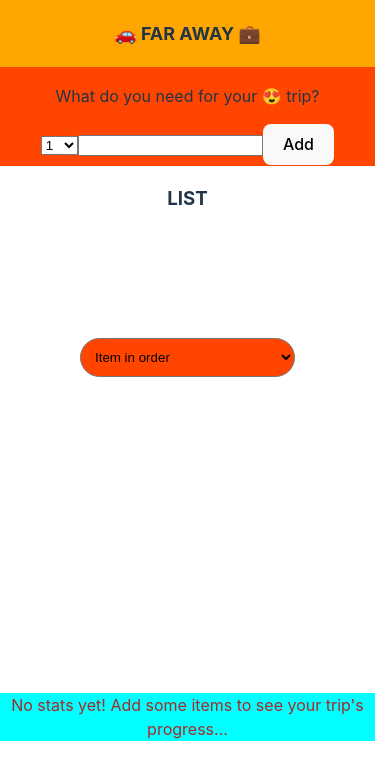
Repository: Celebration-cloud/Trip-Add-To-List
Page: /
These files come from the project's save history. The page is drawn as it stood at one moment and after the next save; the edit follows.
The browser window is 375 px wide. The pictures show the whole page.
The project was rebuilt for these pictures with package versions that can differ from the ones it lists, and the page was loaded fresh each time. Also part of the build but not shown: vite.config.js.

Above is the page before, as saved 2023-10-29 17:20:07.

After the next save:
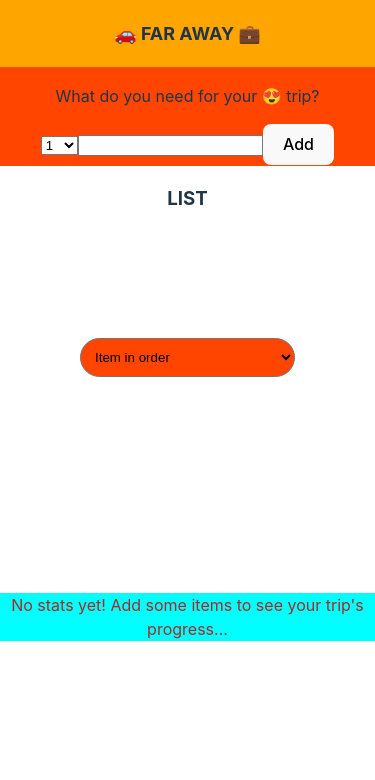
Saved 110 s later.
--- a/src/Trip-List/TripList.css
+++ b/src/Trip-List/TripList.css
@@ -19,7 +19,7 @@
     position: relative;
     background-color: aqua;
     color: brown;
-    bottom: -300px;
+    bottom: -200px;
     width: 100%;
 }
 .title{
